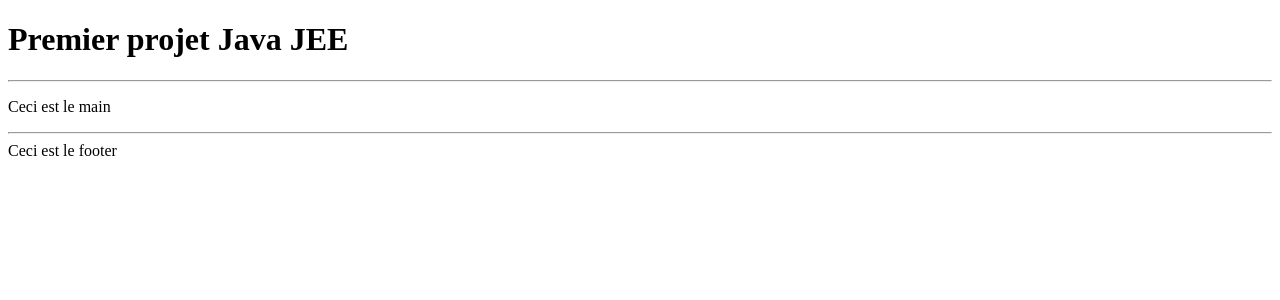
Repository: lemzoo/Formation_JEE
Page: FirstProject/WebContent/monPremierFichier.html
An editor plug-in stored every save of this project. The page is shown before and after the next save, followed by the edit.
The browser window is 1280 px wide. The pictures show the whole page.

Above is the page before, as saved 2016-06-17 08:44:06.

### FirstProject/WebContent/monPremierFichier.html
<!DOCTYPE html>
<html>
<head>
<meta charset="ISO-8859-1">
<title>Mon premier fichier HTML</title>
</head>
<body>
<header>
	<h1>Premier projet Java JEE</h1>
	<hr>
</header>

<main>
	<p>Ceci est le main</p>
	<hr>
</main>
<footer>
	Ceci est le footer
</footer>
</body>
</html>

After the next save:
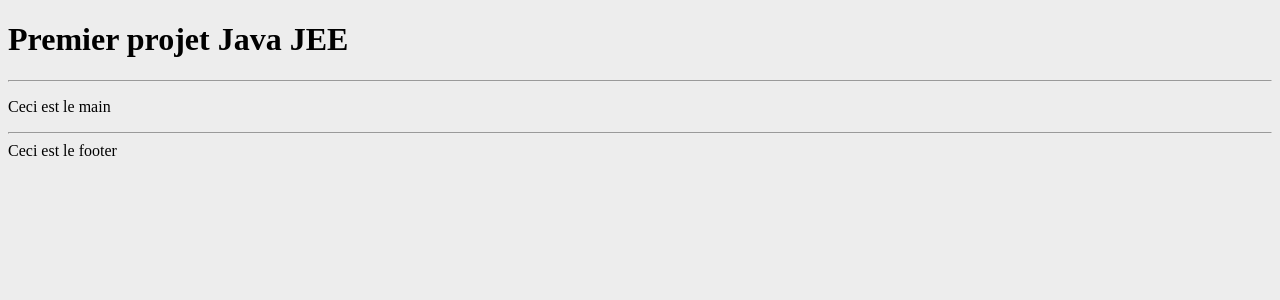
Saved 58 s later.
--- a/FirstProject/WebContent/monPremierFichier.html
+++ b/FirstProject/WebContent/monPremierFichier.html
@@ -3,6 +3,11 @@
 <head>
 <meta charset="ISO-8859-1">
 <title>Mon premier fichier HTML</title>
+<style>
+	body{
+		background-color : rgba(220,220,220,0.5);
+	}
+</style>
 </head>
 <body>
 <header>
